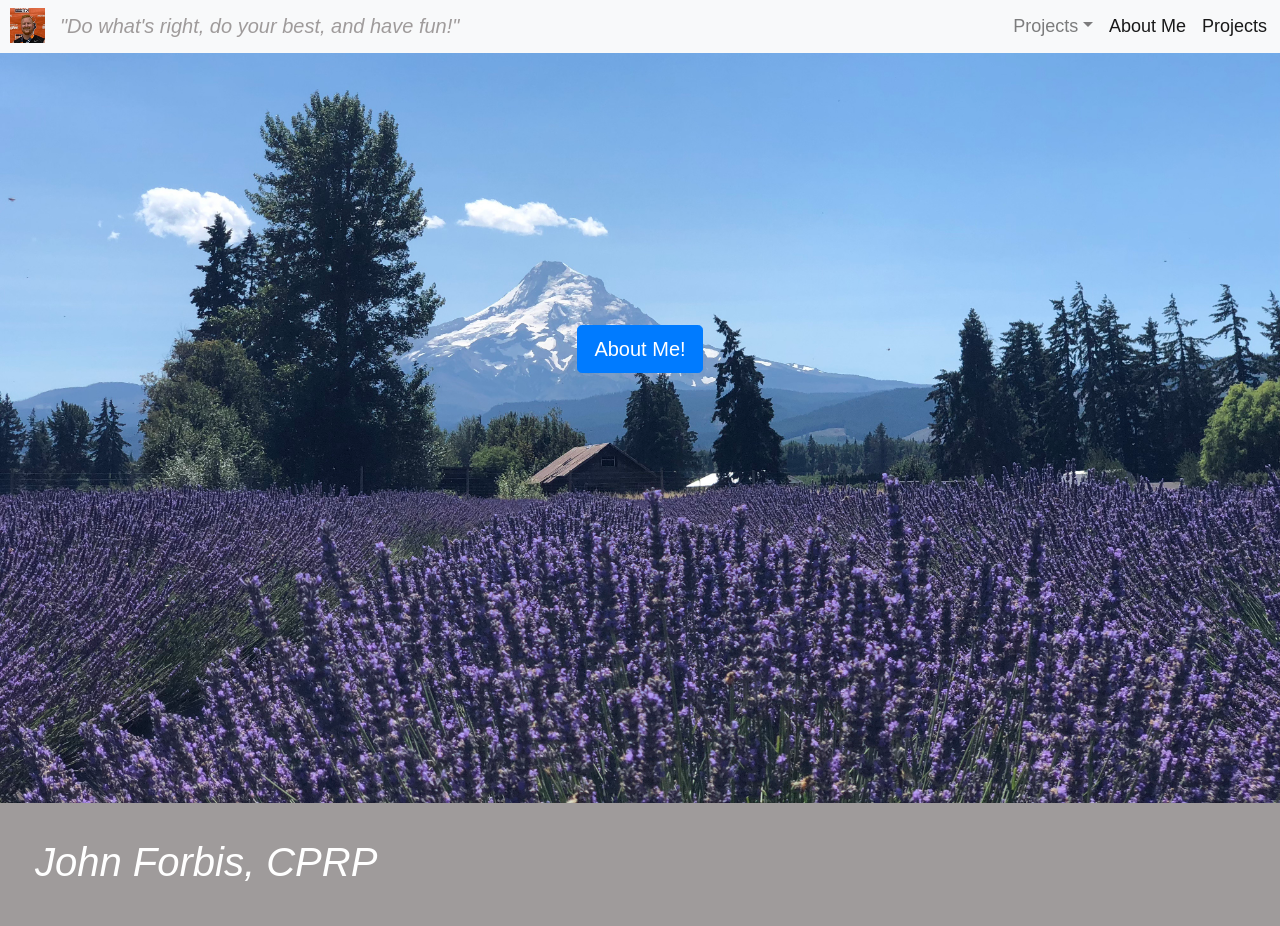
Repository: jforbis/john-forbis-data-analyst
Page: index.html
The author's editor kept a copy of each file at every save. The page is drawn from the files as they stood at one save, then again after the next save.
The browser window is 1280 px wide. The pictures show the part of the page from y = 0 to 926 px (the page is 2053 px tall before and 1629 px after).
A picture or video elsewhere on the page could not be fetched, so the positions and the page height are approximate. Backgrounds fixed to the window are drawn as part of the page.

Above is the page before, as saved 2021-03-31 20:40:17.

### index.html
<!DOCTYPE html>
<html lang="en">

<head>
<meta charset="UTF-8">
<title class="text">John Forbis, CPRP</title>
<!--Bootstrap style sheet-->
<link rel="stylesheet" href="https://stackpath.bootstrapcdn.com/bootstrap/4.3.1/css/bootstrap.min.css" integrity="sha384-ggOyR0iXCbMQv3Xipma34MD+dH/1fQ784/j6cY/iJTQUOhcWr7x9JvoRxT2MZw1T" crossorigin="anonymous">
<!--link to style sheet-->
<link rel="stylesheet" type="text/css" href="static/css/style.css">
</head>

<!--Top Nav Bar-->
<nav class="navbar-expand-lg navbar-light bg-light nav-color navbar nav">
    <a class="navbar-brand" href="about_me.html">
        <img class="headshot-sm" src="resources/images/headshot.jpg">
    </a>
    <a class="navbar-brand" id="tagline" href="index.html"> <i>"Do what's right, do your best, and have fun!"</i></a>
    <button class="navbar-toggler" type="button" data-bs-toggle="collapse" data-bs-target="#navbarSupportedContent"
        aria-controls="navbarSupportedContent" aria-expanded="false" aria-label="Toggle navigation">
        <span class="navbar-toggler-icon"></span>
    </button>
    <div class="collapse navbar-collapse justify-content-end" id="navbarSupportedContent">
        <div class="nav navbar-nav navbar-right">
            <ul class="navbar-nav me-auto mb-2 mb-lg-0">
                <li class="nav-item dropdown">
                    <a class="nav-link dropdown-toggle" href="#" id="navbarDropdown" role="button"
                        data-bs-toggle="dropdown" aria-expanded="false">Projects</a>
                    <ul class="dropdown-menu" aria-labelledby="navbarDropdown">
                        <a class="dropdown-item" href="#">Schooling</a>
                        <a class="dropdown-item" href="#">Career</a>
                        <a class="dropdown-item" href="#">Accolades</a>
                    </ul>
                </li>
                <li class="nav-item active">
                    <a class="nav-link" href="#">About Me </a>
                </li>
                <li class="nav-item active">
                    <a class="nav-link" href="#">Projects </a>
                </li>
            </ul>
        </div>
    </div>
</nav>

<div class="wrapper">
    <!-- <nav class="navbar navbar-default">
        <div class="container-fluid">
        <div class="navbar-header">
            <!-- <a class="navbar-brand" href="index.html">UFO Sightings
            <img class="nav-ufo" src="resources/images/headshot.jpg">
            </a> -->
        <!-- </div>
        </div>
    </nav> -->
    <div class="hero text-center">
        <h1 class="text"><b>JOHN FORBIS, CPRP</b></h1>
        <p><a class="btn btn-primary btn-lg" href="#me" role="button">About Me!</a></p>
    </div>

<body>
    <h1><i id="me">John Forbis, CPRP</i></h1>
    <hr>
    <table>
        <tr>
            <td>
                <div class="card" style="width: 40rem;">
                    <div><img src="resources/images/headshot.jpg" class="headshot-md" alt="..."></div>
                    <div class="card-body">
                        <h5 class="card-title"><b>Who I Am:</b></h5>
                        <p class="card-text">
                        <div id="whoiam"><i><b>Data analyst with a passion for innovation, data analysis and keeping it fun!</b></i></div>
                        <br>
                        With a background in public service, facility management, and leadership of
                        muli-level teams as well as extensive training in both leadership and data analytics
                        through the Leadership Intensive program by The Changing Point and the University
                        of Kansas Data Analytics boot camp respectively, I would make a great addition
                        to any team. Acquired skills in: advanced Excel, Tableau, PowerBI, Python, Pandas, API calls,
                        SQL, Java Script, flask app, and Machine Learning.
                        <br><br>
                        I enjoy a good problem needing solved
                        and love to utilize data to tell the story. I am a proven innovator in my
                        career with a ‘can-do’ mindset; always searching for new and better solutions.

                    </p>
                    <a target=blank href="https://www.linkedin.com/in/john-forbis-cprp-96921513/" class="btn btn-primary">Connect with me!</a>
                    </div>
                </div>
            </td>
            <td style="vertical-align:bottom">
                <div class="second_card" style="width: 40rem;">
                        <div class="card-body">
                            <table>
                                <tr>
                                <th colspan=2>Professional Roles</th>
                                </tr>
                                <tr>
                                <td id="career-img">CivicPlus | Implementation Consultant
                                </td>
                                <td id="career-img">Rec Center Manager
                                </td>
                                </tr>
                                <tr>
                                    <td>
                                        <div class="white-box">
                                        <a href="cp.html">
                                            <img src="resources/images/cr.png" class="card-img-top" alt="...">
                                        </a>
                                        </div>
                                    </td>
                                    <td>
                                        <a href="lenexa.html">
                                            <img src="resources/images/lenexareccenter.jpg" class="card-img-top" alt="...">
                                        </a>
                                    </td>
                                    </tr>

                                <tr>
                                    <td>Member Services Supervisor
                                        <a href="visualizations/cloudiness.html">
                                            <img src="Resources/assets/images/Fig3.png" class="card-img-top" alt="...">
                                    </a>
                                    </td>
                                    <td>Recreation Services Manager
                                        <a href="visualizations/windspeed.html">
                                            <img src="Resources/assets/images/Fig3.png" class="card-img-top" alt="...">
                                        </a>
                                    </td>
                                </tr>
                                <tr>
                                    <td>Recreation Specialist
                                        </br>
                                        </br>
                                        </br>
                                        </br>
                                        </br>
                                        </br>
                                        </br>
                                        </br>
                                        </br>
                                    </td>
                                </tr>
                                <tr>
                                    <td></td>
                                </tr>
                                <tr>
                                    <td></td>
                                </tr>
                                <tr>
                                    <td></td>
                                </tr>
                                <tr>
                                    <td></td>
                                </tr>
                                <tr>
                                    <td></td>
                                </tr>
                                <tr>
                                    <td></td>
                                </tr>
                            </table>
                        </div>
                </div>
            </td>
        </tr>
    </table>
</div>
</body>

<!--<table>
    <tr>
      <th>Month</th>
      <th>Savings</th>
    </tr>
    <tr>
      <td>January</td>
      <td>$100</td>
    </tr>
    <tr>
      <td>February</td>
      <td>$80</td>
    </tr>
    <tr>
      <td colspan="2">Sum: $180</td>
    </tr>
  </table>-->

### static/css/style.css
/* Styling for HTML elements */
body {
padding: 0;
margin: 0;
font-family: Georgia, "Times New Roman", Times, serif;
font-size: 18px;
line-height: 150%;
color: rgb(255, 255, 255);
background: #9f9b9b;
}

#career-img {
    width: 30px;
}
.dropdown {
position: relative;
display: inline-block;
}

.dropdown-menu {
display: none;
position: absolute;
background-color: #f9f9f9;
min-width: 160px;
box-shadow: 0px 8px 16px 0px rgba(0,0,0,0.2);
padding: 12px 16px;
z-index: 1;
}

.dropdown:hover .dropdown-menu {
display: block;
}

h1 {
padding: 25px;
margin: 10px;
color: white
}

h3 {
margin-left: 35px;
color: white;
font-size: 16px
}

hr {
height: 2px;
background-color: white
}

.card {
color: #9f9b9b;
font-size: 14px;
margin-left: 40px;
margin-top: top;
border-color: #9f9b9b;
vertical-align: text-top
}

.second_card {
margin-top: -140px;
margin-left: 40px
}

.card-img-top {
width: 90%;
height: auto;
}

.card-title {
font-size: 18px
}

.top_row {
position: sticky;
top: 0;
background-color: #353A3F;
}

.navbar-expand-lg navbar-light bg-light nav-color navbar nav {
position: sticky;
top: 0;
}

* {
box-sizing: border-box;
font-family: Ubuntu, sans-serif;
}

html,
body {
height: 100%;
padding: 0;
margin: 0;
}

/* The wrapper contains all of the page's content besides the footer, which is pushed to the bottom of the page */
.wrapper {
position: relative;
min-height: 100%;
padding-bottom: 130px;
overflow: auto;
}

/* The footer is positioned at the bottom of the page */
.footer {
position: absolute;
right: 0;
bottom: 0;
left: 0;
min-height: 100px;
background: #4e5d6c;
}

/* The code styles the text at the bottom of the footer */
.footer > .bottom {
position: absolute;
right: 0;
bottom: 0;
left: 0;
padding: 5px;
background: #1b3146;
}

.navbar {
padding: 5px;
margin: 0;
}

/* This CSS styles the photo in the navbar */
.headshot-sm {
position: absolute;
bottom: 10px;
left: 10px;
width: 35px;
color: white;
}

#tagline {
    position: absolute;
    left: 60px;
    font-family: verdana;
    color: #9f9b9b;
}

/* Adding styles to the aside and filter form */
.ufo-form {
margin-top: 50px;
}

.filters .panel-body {
padding: 0;
}

.filters {
margin-top: 10px;
}

select {
display: block;
width: 100%;
padding: 8px;
color: #8e979f;
outline: none;
}

#table-area th {
text-align: center;
}

#table-area th:first-child,
#table-area th:nth-child(2),
#table-area th:nth-child(6) {
min-width: 70px;
}

.loader {
margin-top: 50px;
}

.margin-top-50 {
margin-top: 50px;
}

/* The styles for the parallax */
.hero {
position: relative;
height: 750px;
padding: 10px;
margin: 0;
background-image: url("../../resources/images/IMG_1779.jpg");
background-attachment: fixed;
background-position: bottom center;
background-size: cover;
}

.hero h1 {
margin-top: 200px;
font-size: 0.1rem;
animation: title 1.2s forwards linear;
}

.hero p {
font-size: 2rem;
opacity: 0;
animation: subtitle 1.2s forwards linear;
animation-delay: 1.2s;
}

/* input placeholder color changes */
.form-control::-webkit-input-placeholder {
/* Chrome/Opera/Safari */
color: #8e979f;
}

.form-control::-moz-placeholder {
/* Firefox 19+ */
color: #8e979f;
}

.form-control:-ms-input-placeholder {
/* IE 10+ */
color: #8e979f;
}

.form-control:-moz-placeholder {
/* Firefox 18- */
color: #8e979f;
}

/* media queries which will only be activated at specific screen sizes */
@media (max-width: 800px) {
#table-area td {
    font-size: 1em;
}
}

@media (max-width: 500px) {
#table-area thead {
    display: none;
}

#table-area tr td:first-child {
    font-size: 1.8em;
    font-weight: bold;
    background: #1b3146;
}

#table-area tr td:last-child {
    margin-bottom: 20px;
}

#table-area tr td:last-child::after {
    display: block;
    width: 100%;
    height: 1px;
    margin-top: 20px;
    content: " ";
    background: aliceblue;
}

#table-area td {
    font-size: 1.25em;
}

#table-area tbody td {
    display: block;
    text-align: center;
}

#table-area tbody td::before {
    display: block;
    font-size: 1.4em;
    font-weight: bold;
    text-align: center;
    content: attr(data-th);
}

.hero h1 {
    animation: smaller-title 1.2s forwards linear;
}
}

/* keyframe animations which will be used to animate the title */
@keyframes title {
from {
    opacity: 0;
}

to {
    font-size: 7.5rem;
    opacity: 1;
}
}

@keyframes smaller-title {
from {
    opacity: 0;
}

to {
    font-size: 5.5rem;
    opacity: 1;
}
}

@keyframes subtitle {
from {
    opacity: 0;
}

to {
    opacity: 1;
}
}

After the next save:
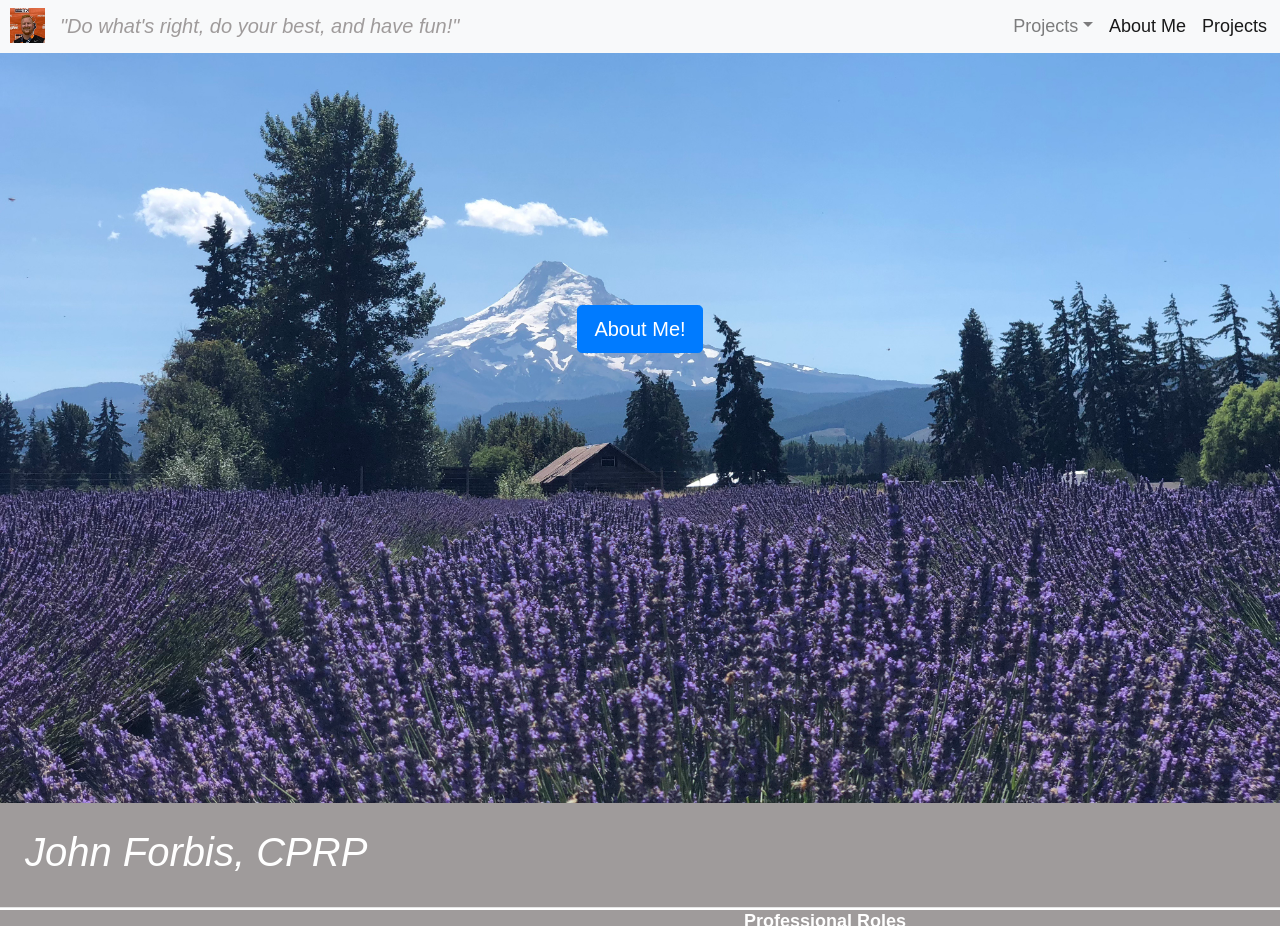
Saved 73 s later.
--- a/static/css/style.css
+++ b/static/css/style.css
@@ -32,7 +32,7 @@
 }
 
 h1 {
-padding: 25px;
+padding: 15px;
 margin: 10px;
 color: white
 }
@@ -57,13 +57,22 @@
 vertical-align: text-top
 }
 
+.card-body {
+    margin-top: 100px;
+}
+
+#whoiam {
+    text-align: center;
+    color: #70A6E4;
+    font-size: 16px
+}
 .second_card {
 margin-top: -140px;
 margin-left: 40px
 }
 
 .card-img-top {
-width: 90%;
+width: 50%;
 height: auto;
 }
 
@@ -135,6 +144,26 @@
 width: 35px;
 color: white;
 }
+
+/* This CSS styles the photo in the 'Who I Am' card' */
+.headshot-md {
+    position: absolute;
+    width: 20%;
+    left: 20px;
+    top: 20px;
+    color: black;
+    margin-bottom: 20px
+    }
+
+.white-box {
+    position: absolute;
+    background-color: #FFFFFF;
+    color: black;
+    width: 50px;
+    height: 50px;
+    padding: 20px;
+}
+
 
 #tagline {
     position: absolute;
